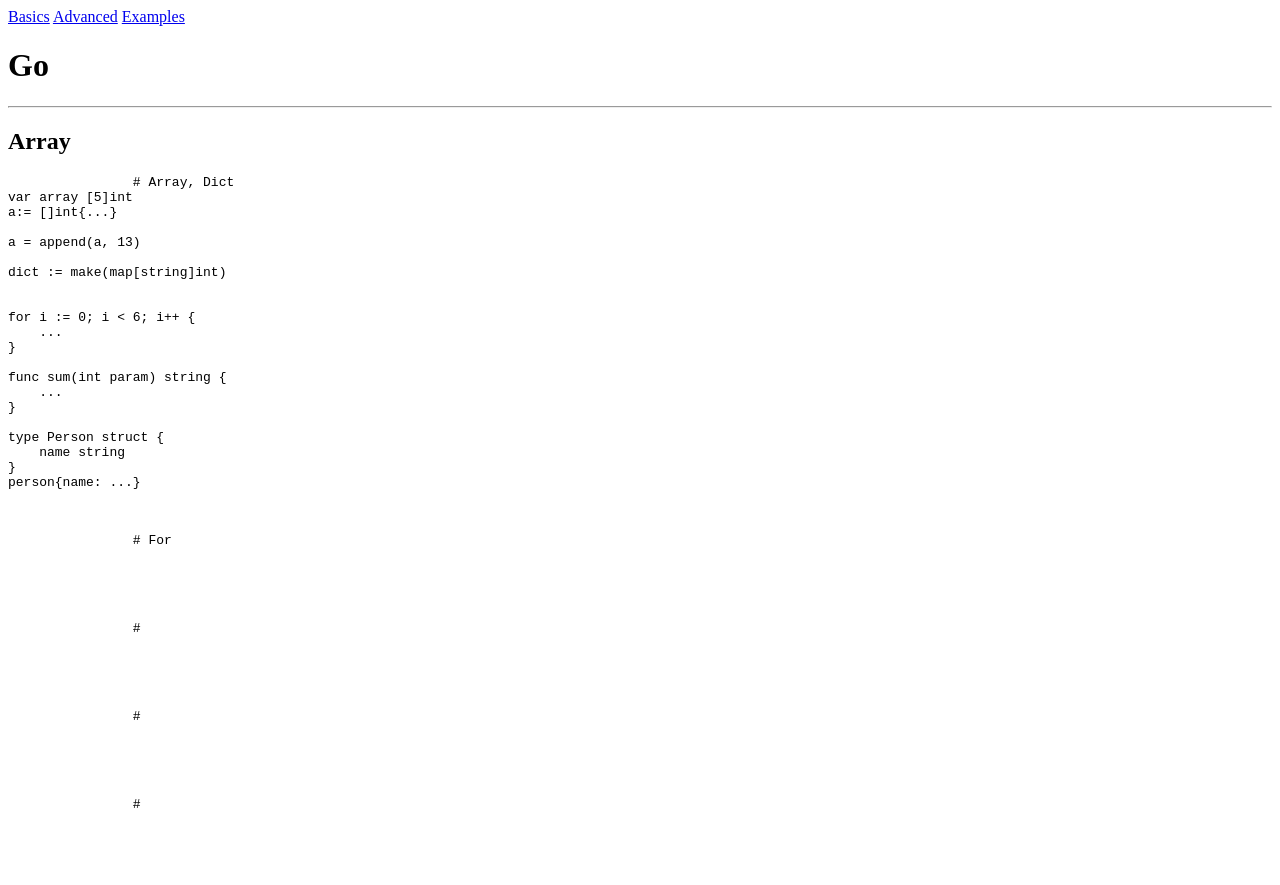
Repository: Max-Rohrhirsch/Max-Rohrhirsch.github.io
Page: documentation/small/go.html
An editor plug-in stored every save of this project. The page is shown before and after the next save, followed by the edit.
The browser window is 1280 px wide. The pictures show the whole page.

Above is the page before, as saved 2023-10-06 23:43:04.

After the next save:
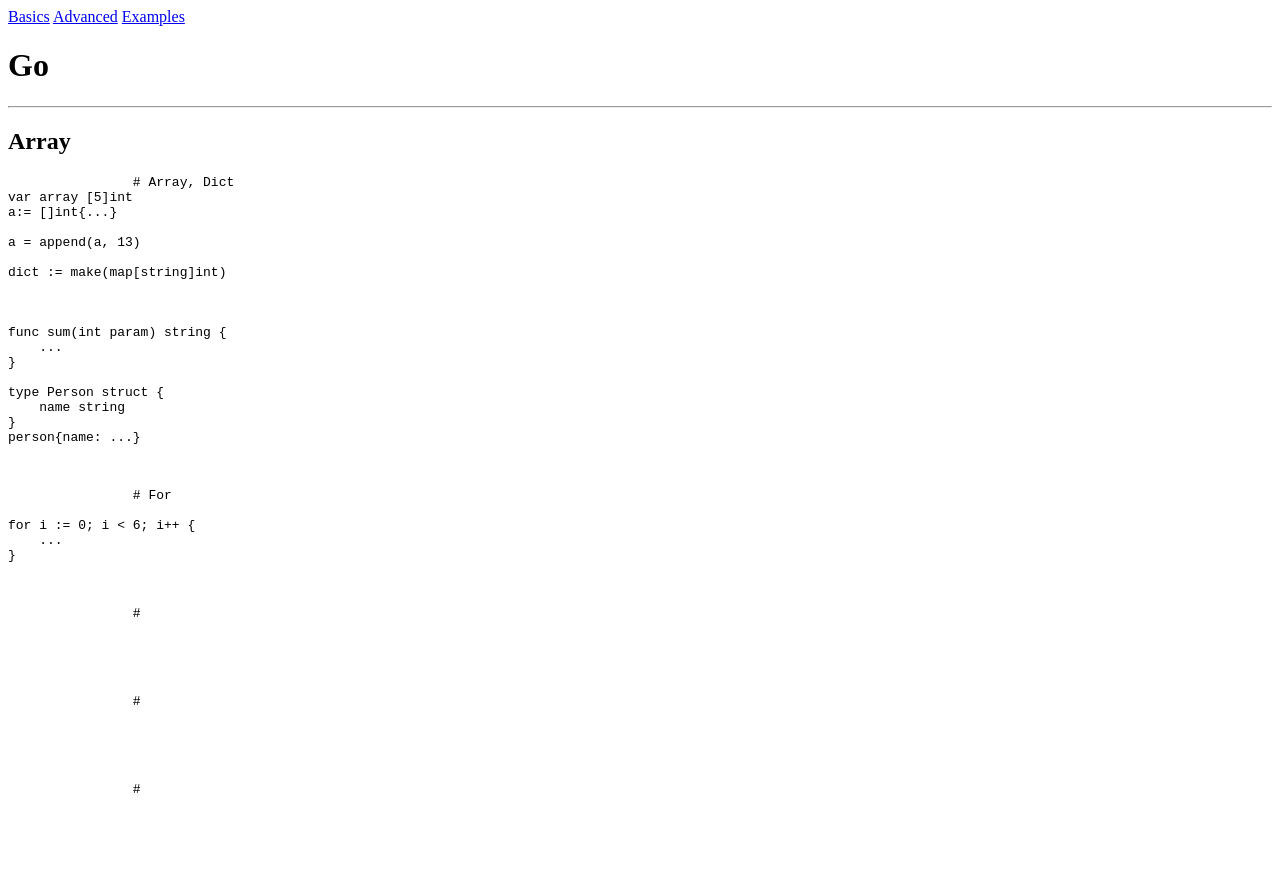
Saved 15 s later.
--- a/documentation/small/go.html
+++ b/documentation/small/go.html
@@ -25,9 +25,6 @@ a = append(a, 13)
 dict := make(map[string]int)
 
 
-for i := 0; i < 6; i++ {
-    ...
-}
 
 func sum(int param) string {
     ...
@@ -42,7 +39,9 @@ person{name: ...}
             <pre>
                 <code class="language-python"># For
 
-
+for i := 0; i < 6; i++ {
+    ...
+}
                 </code>
             </pre>
             <pre>
